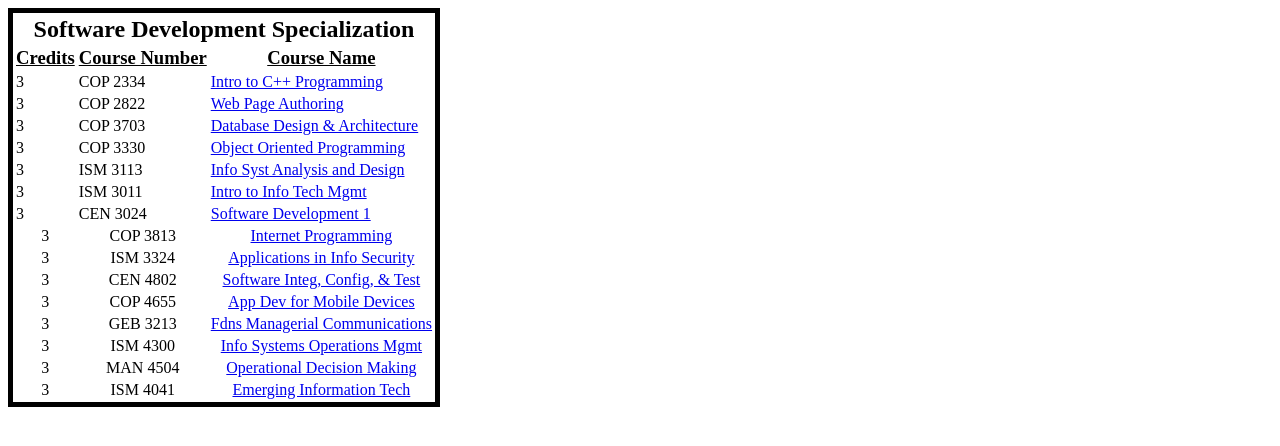
Repository: mlmEFSC21/P5-DegreeTableStyling
Page: FormattedProgramSpecialization1.html
An editor plug-in stored every save of this project. The page is shown before and after the next save, followed by the edit.
The browser window is 1280 px wide. The pictures show the whole page.

Above is the page before, as saved 2022-02-07 16:07:13.

After the next save:
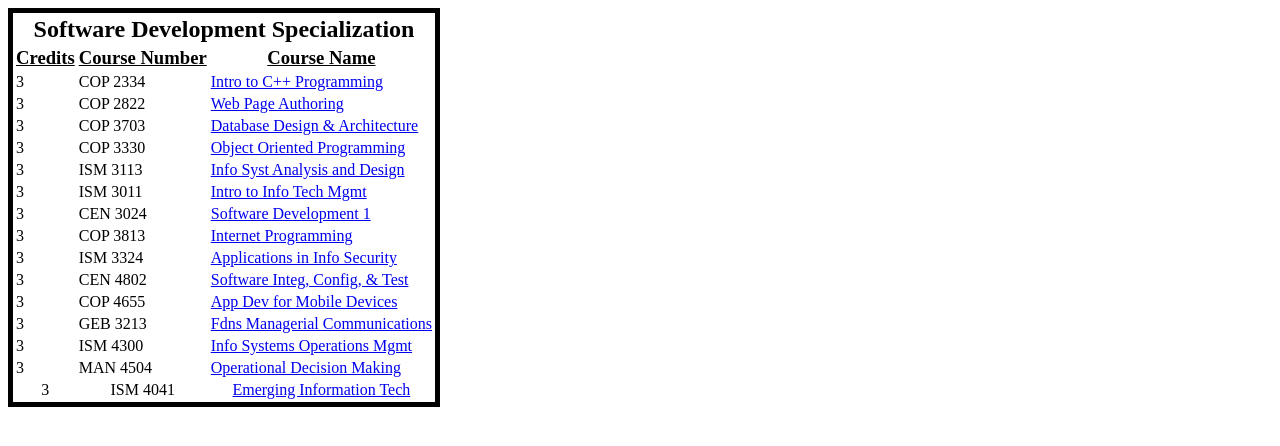
Saved 42 s later.
--- a/FormattedProgramSpecialization1.html
+++ b/FormattedProgramSpecialization1.html
@@ -98,9 +98,9 @@
                     </td>
                 </tr>
                 <tr>
-                    <td>3</td>
-                    <td>COP 3813</td>
-                    <td>
+                    <td style="font-size: 12pt; text-align: left">3</td>
+                    <td style="font-size: 12pt; text-align: left">COP 3813</td>
+                    <td style="font-size: 12pt; text-align: left">
                         <a
                             href="https://bannerweb.easternflorida.edu/prod/bwckctlg.p_disp_course_detail?cat_term_in=202210&subj_code_in=COP&crse_numb_in=3813"
                             >Internet Programming</a
@@ -108,9 +108,9 @@
                     </td>
                 </tr>
                 <tr>
-                    <td>3</td>
-                    <td>ISM 3324</td>
-                    <td>
+                    <td style="font-size: 12pt; text-align: left">3</td>
+                    <td style="font-size: 12pt; text-align: left">ISM 3324</td>
+                    <td style="font-size: 12pt; text-align: left">
                         <a
                             href="https://bannerweb.easternflorida.edu/prod/bwckctlg.p_disp_course_detail?cat_term_in=202210&subj_code_in=ISM&crse_numb_in=3324"
                             >Applications in Info Security</a
@@ -118,9 +118,9 @@
                     </td>
                 </tr>
                 <tr>
-                    <td>3</td>
-                    <td>CEN 4802</td>
-                    <td>
+                    <td style="font-size: 12pt; text-align: left">3</td>
+                    <td style="font-size: 12pt; text-align: left">CEN 4802</td>
+                    <td style="font-size: 12pt; text-align: left">
                         <a
                             href="https://bannerweb.easternflorida.edu/prod/bwckctlg.p_disp_course_detail?cat_term_in=202210&subj_code_in=CEN&crse_numb_in=4802"
                             >Software Integ, Config, & Test</a
@@ -128,9 +128,9 @@
                     </td>
                 </tr>
                 <tr>
-                    <td>3</td>
-                    <td>COP 4655</td>
-                    <td>
+                    <td style="font-size: 12pt; text-align: left">3</td>
+                    <td style="font-size: 12pt; text-align: left">COP 4655</td>
+                    <td style="font-size: 12pt; text-align: left">
                         <a
                             href="https://bannerweb.easternflorida.edu/prod/bwckctlg.p_disp_course_detail?cat_term_in=202210&subj_code_in=COP&crse_numb_in=4655"
                             >App Dev for Mobile Devices</a
@@ -138,9 +138,9 @@
                     </td>
                 </tr>
                 <tr>
-                    <td>3</td>
-                    <td>GEB 3213</td>
-                    <td>
+                    <td style="font-size: 12pt; text-align: left">3</td>
+                    <td style="font-size: 12pt; text-align: left">GEB 3213</td>
+                    <td style="font-size: 12pt; text-align: left">
                         <a
                             href="https://bannerweb.easternflorida.edu/prod/bwckctlg.p_disp_course_detail?cat_term_in=202210&subj_code_in=GEB&crse_numb_in=3213"
                             >Fdns Managerial Communications</a
@@ -148,9 +148,9 @@
                     </td>
                 </tr>
                 <tr>
-                    <td>3</td>
-                    <td>ISM 4300</td>
-                    <td>
+                    <td style="font-size: 12pt; text-align: left">3</td>
+                    <td style="font-size: 12pt; text-align: left">ISM 4300</td>
+                    <td style="font-size: 12pt; text-align: left">
                         <a
                             href="https://bannerweb.easternflorida.edu/prod/bwckctlg.p_disp_course_detail?cat_term_in=202210&subj_code_in=ISM&crse_numb_in=4300"
                             >Info Systems Operations Mgmt</a
@@ -158,9 +158,9 @@
                     </td>
                 </tr>
                 <tr>
-                    <td>3</td>
-                    <td>MAN 4504</td>
-                    <td>
+                    <td style="font-size: 12pt; text-align: left">3</td>
+                    <td style="font-size: 12pt; text-align: left">MAN 4504</td>
+                    <td style="font-size: 12pt; text-align: left">
                         <a
                             href="https://bannerweb.easternflorida.edu/prod/bwckctlg.p_disp_course_detail?cat_term_in=202210&subj_code_in=MAN&crse_numb_in=4504"
                             >Operational Decision Making</a
